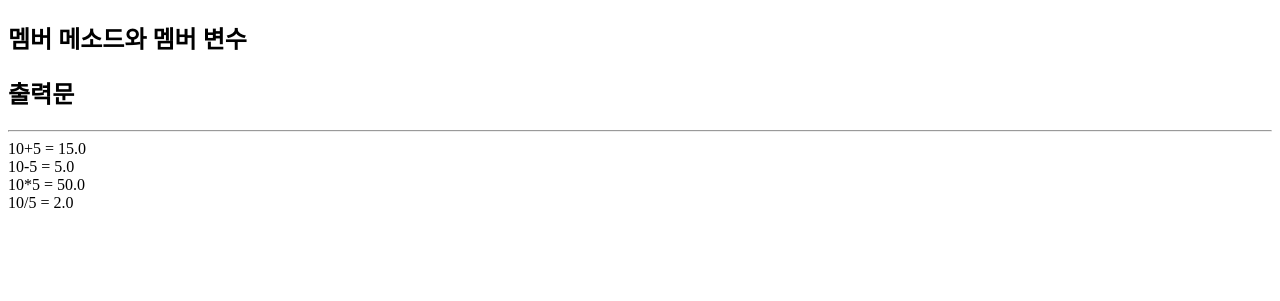
Repository: junirang330/Jsp2026
Page: http://localhost/chapter01/test04.jsp
An editor plug-in stored every save of this project. The page is shown before and after the next save, followed by the edit.
The browser window is 1280 px wide. The pictures show the whole page.
The page is served by Tomcat 9.

Above is the page before, as saved 2026-10-16 03:03:36.

### chapter01/src/main/webapp/test04.jsp
<%@ page language="java" contentType="text/html; charset=UTF-8"
    pageEncoding="UTF-8" import = "java.util.*" %>
<!DOCTYPE html>
<html>
<head>
<meta charset="UTF-8">
<title>테스트04</title>
</head>
<body>
	<!-- 선언문 작성하는 방법 -->
	<!-- 선언문을 통해 작성한 메소드, 변수는 멤버메소드, 멤버변수가 된다. -->
	<%! public void inCremment(){}; %>
	<!-- 아래 선언문은 전역변수 또는 멤버변수 이다. -->
	<%! int i = 0; %>
	<!-- 아래 스크립트릿은 지역변수가 된다. -->
	<% int i = 0; %>

	<h2>멤버 메소드와 멤버 변수</h2>
	<%!
		String str = "선언 예제";
		/* 연산자 처리 메소드 생성 */
		public double cal(double num1, double num2, String op){
			double result = 0.0;
			if(op.equals("+")){
				result = num1 + num2;
			}else if(op.equals("-")){
				result = num1 - num2;
			}else if(op.equals("*")){
				result = num1 * num2;
			}else if(op.equals("/")){
				result = num1 / num2;
			}
			return result;
		}
	%>
	<h2>출력문</h2>
	<hr/>
	10+5 = <%= cal(10, 5, "+") %><br/>
	10-5 = <%= cal(10, 5, "-") %><br/>
	10*5 = <%= cal(10, 5, "*") %><br/>
	10/5 = <%= cal(10, 5, "/") %><br/>


</body>
</html>

After the next save:
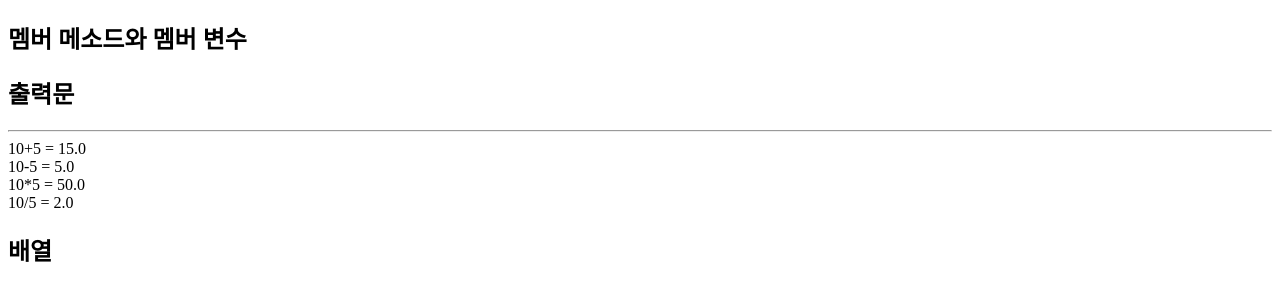
Saved 2 min 58 s later.
--- a/chapter01/src/main/webapp/test04.jsp
+++ b/chapter01/src/main/webapp/test04.jsp
@@ -40,6 +40,8 @@
 	10*5 = <%= cal(10, 5, "*") %><br/>
 	10/5 = <%= cal(10, 5, "/") %><br/>
 
+	<!-- 배열 -->
+	<h2>배열</h2>
 
 </body>
 </html>
